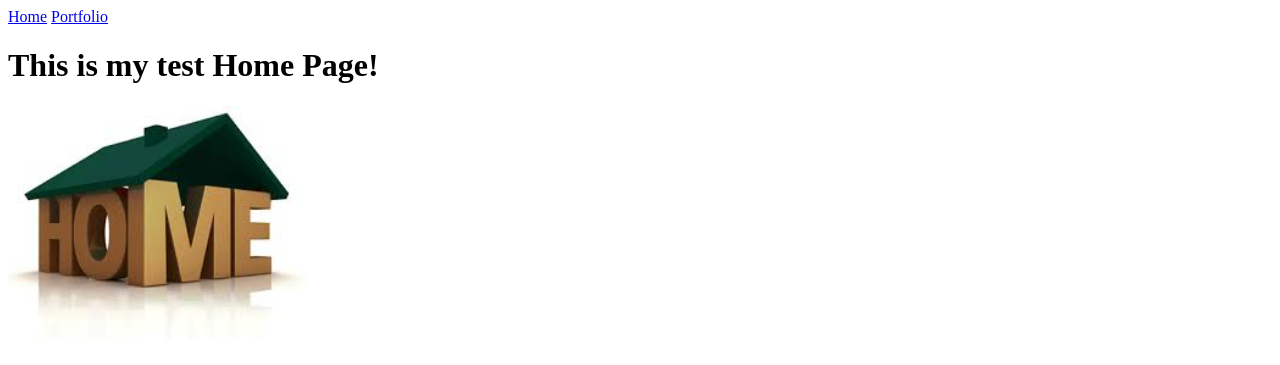
Repository: jonofre2029/jonofre2029.github.io
Page: my_website/index.html
The author's editor kept a record of every edit. The page is drawn from the files as they stood at one moment, then again after the next edit.
The browser window is 1280 px wide. The pictures show the whole page.

Above is the page before.

After the next edit:
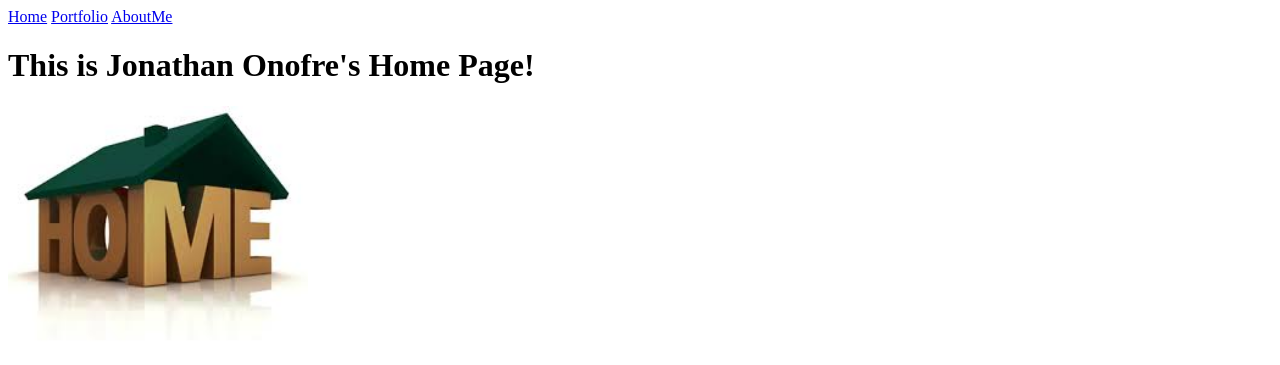
The edit:
--- a/my_website/index.html
+++ b/my_website/index.html
@@ -7,7 +7,8 @@
   <body>
     <a href="index.html">Home</a>
     <a href="portfolio.html">Portfolio</a>
-    <h1>This is my test Home Page!</h1>
+    <a href="aboutme.html">AboutMe</a>
+    <h1>This is Jonathan Onofre's Home Page!</h1>
     <img src="images/home.jpg" height="250">
   </body>
 </html>
